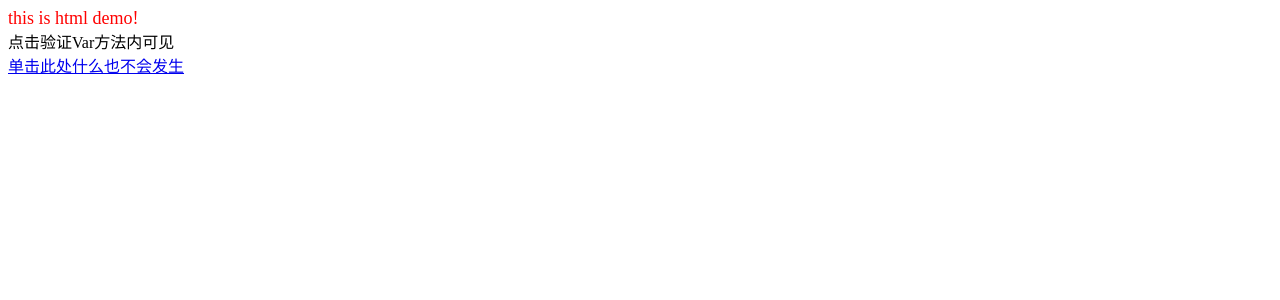
Repository: gavin2010/Frontend_html
Page: demo.html
These files come from the project's save history. The page is drawn as it stood at one moment and after the next save; the edit follows.
The browser window is 1280 px wide. The pictures show the whole page.

Above is the page before, as saved 2023-03-04 06:30:58.
Console error: ReferenceError: bodyOnload is not defined

### demo.html
<!DOCTYPE html>
<html lang="en">

<head>
    <meta charset="UTF-8">
    <meta http-equiv="X-UA-Compatible" content="IE=edge">
    <meta name="viewport" content="width=device-width, initial-scale=1.0">
    <title>Document</title>
    <link type="text/css" href="css/demo.css" rel="stylesheet" />
    <script type="text/javascript" src="js/bignumber.js"></script>
    <script type="text/javascript" src="js/demo.js"></script>

    <script>

    </script>

</head>

<body onload="bodyOnload()">
    <span id="a" onclick="myclick();"> this is html demo!</span>
    <div>
        <span onclick="verifyVarFun();">点击验证Var方法内可见</span>
    </div>
    <a href="javascript:void(0)">单击此处什么也不会发生</a>
</body>

</html>

### css/demo.css
#a{
    color: red;
    font-size: large;
}

### js/demo.js
function myclick(){
   alert('hello js!')
}

alert('加载就执行!');

Loaded but not shown: js/bignumber.js (2926 lines, source omitted)

After the next save:
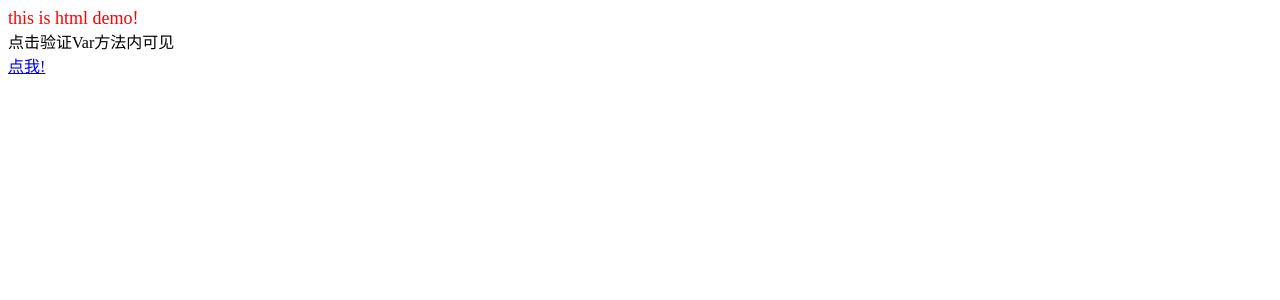
Saved 36 s later.
--- a/demo.html
+++ b/demo.html
@@ -21,7 +21,7 @@
     <div>
         <span onclick="verifyVarFun();">点击验证Var方法内可见</span>
     </div>
-    <a href="javascript:void(0)">单击此处什么也不会发生</a>
+    <a href="javascript:void(alert('Warning!!!'))">点我!</a>
 </body>
 
 </html>
